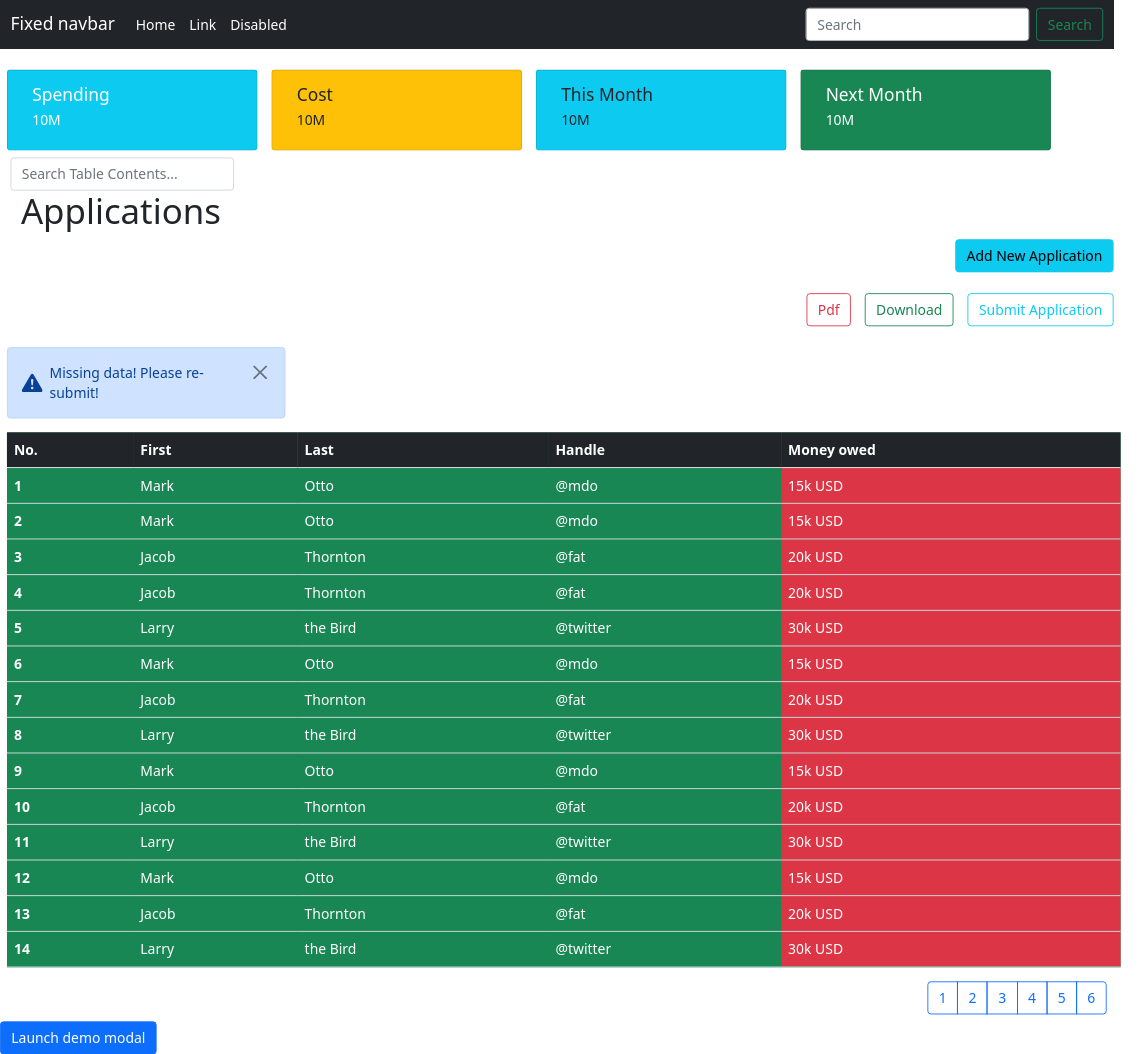
Repository: Dayvid0/BOOTSTRAP-TUTORIALS
Page: BOOTSTRAP-GRID-LAYOUTS/zylo.html
An editor plug-in stored every save of this project. The page is shown before and after the next save, followed by the edit.
The browser window is 1280 px wide. The page is 1316 px wide, so the pictures cover 1316 px, including what lies to the right of the window. The pictures show the whole page, at 87% of full size.

Above is the page before, as saved 2025-02-01 11:22:23.

After the next save:
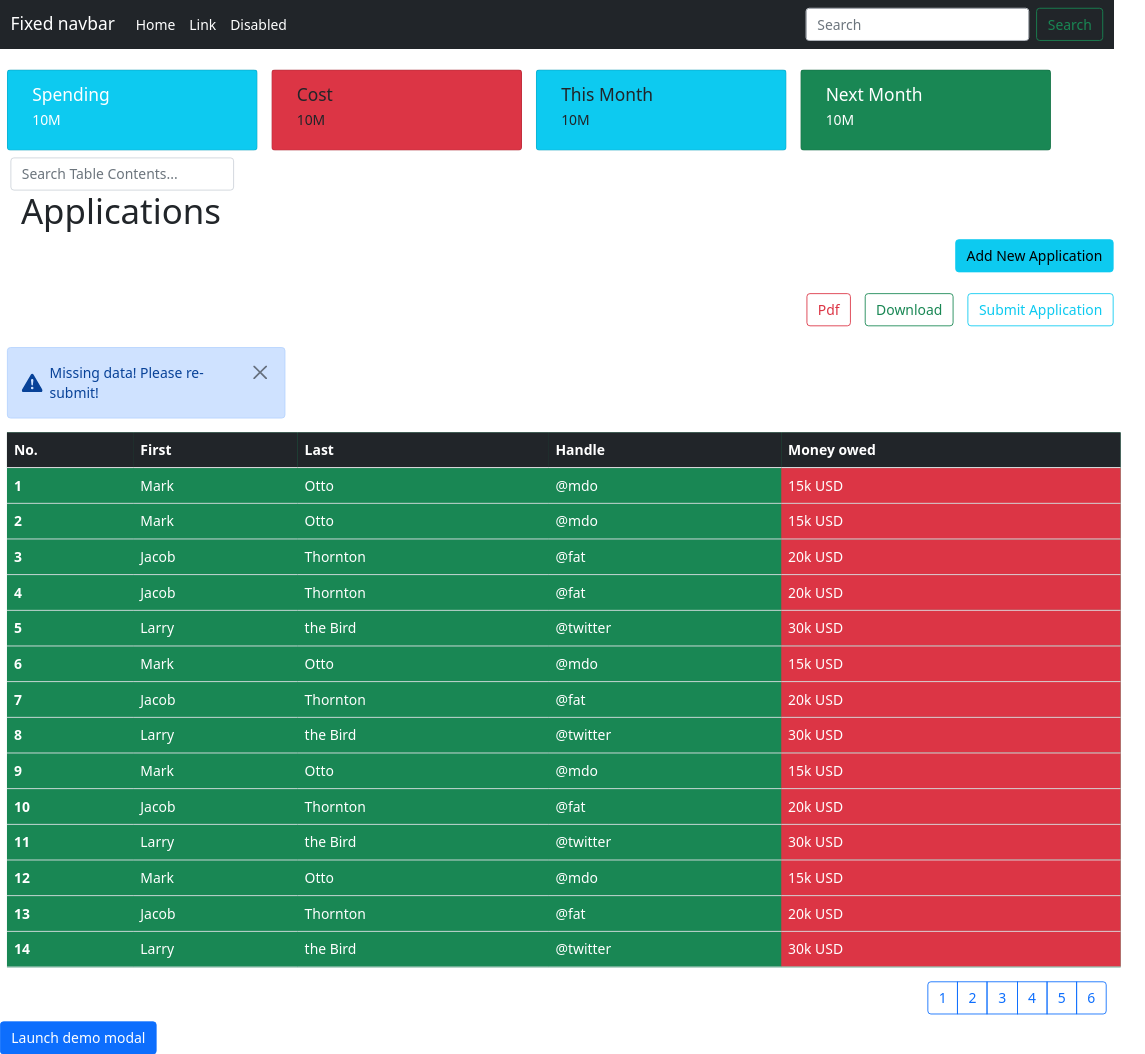
Saved 47 s later.
--- a/BOOTSTRAP-GRID-LAYOUTS/zylo.html
+++ b/BOOTSTRAP-GRID-LAYOUTS/zylo.html
@@ -23,7 +23,7 @@
             <h6>10M</h6>
           </div>
         </div>
-        <div class="card m-2 col-md-3 bg-warning" style="width: 18rem;">
+        <div class="card m-2 col-md-3 bg-danger" style="width: 18rem;">
           <div class="card-body">
             <h5 class="card-title">Cost</h5>
             <h6>10M</h6>
